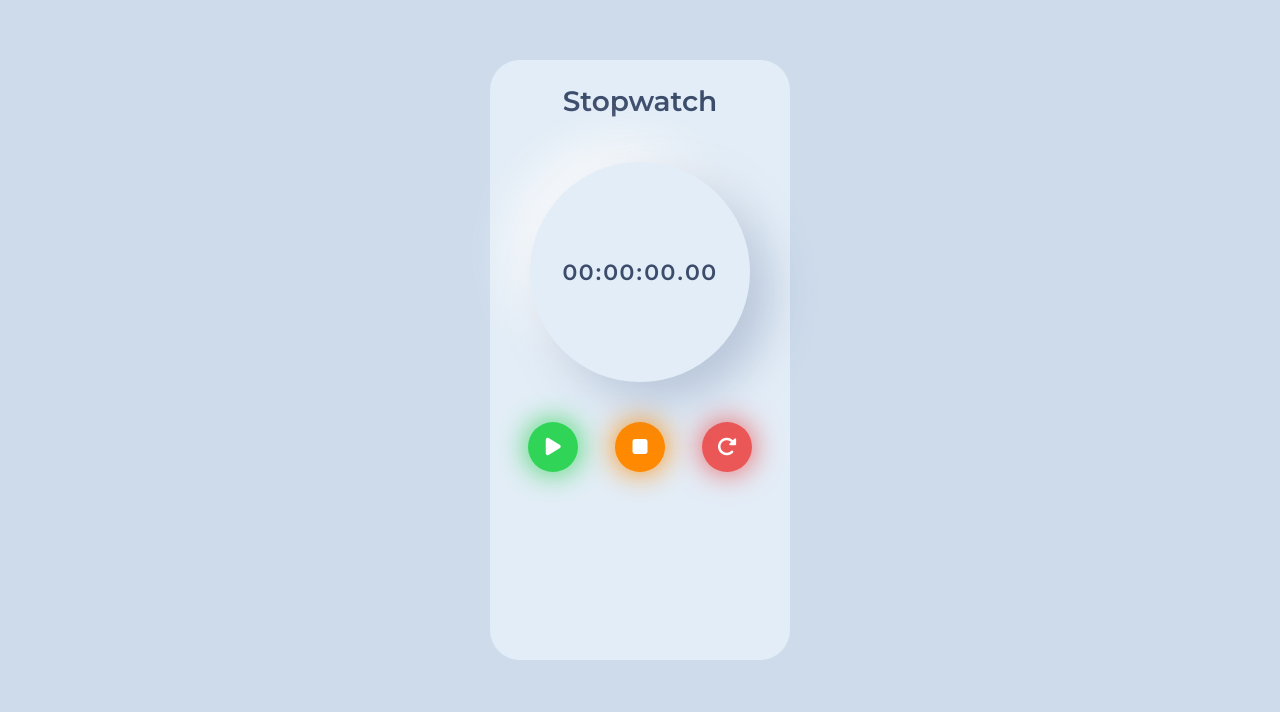
Repository: dinhtri123/stopwatch
Page: index.html
An editor plug-in stored every save of this project. The page is shown before and after the next save, followed by the edit.
The browser window is 1280 px wide. The pictures show the whole page.
After loading, the first visible `button.btn-reset` was clicked once.

Above is the page before, as saved 2023-01-05 15:25:12.
Console error: ReferenceError: getTimerStorage is not defined

### index.html
<!DOCTYPE html>
<html lang="en">
  <head>
    <meta charset="UTF-8" />
    <meta http-equiv="X-UA-Compatible" content="IE=edge" />
    <meta name="viewport" content="width=device-width, initial-scale=1.0" />
    <link
      rel="stylesheet"
      href="https://cdnjs.cloudflare.com/ajax/libs/font-awesome/6.2.1/css/all.min.css"
    />
    <title>Stop Watch</title>
    <link rel="stylesheet" href="style.css" />
  </head>
  <body>
    <div class="wrapper">
      <h3>Stopwatch</h3>
      <div class="timer">
        <div class="effects"></div>
        <p class="hours">00</p>
        <span>:</span>
        <p class="minutes">00</p>
        <span>:</span>
        <p class="seconds">00</p>
        <span>.</span>
        <p class="milis">00</p>
      </div>
      <div class="btn">
        <button class="btn-start">
          <i class="fa-solid fa-play start"></i>
        </button>
        <button class="btn-stop" disabled>
          <i class="fa-solid fa-stop stop"></i>
        </button>
        <button class="btn-reset">
          <i class="fa-solid fa-rotate-right reset"></i>
        </button>
      </div>
      <div class="history">
        <!-- <div class="lap">
          <div class="number-lap">
            <p>1</p>
            <span>Lap</span>
          </div>
          <div class="timer-lap">
            <p>01</p>
            <span>:</span>
            <p>00</p>
            <span>:</span>
            <p>00</p>
          </div>
        </div> -->
      </div>
    </div>
  </body>
  <script src="index.js"></script>
</html>

### style.css
@import url("https://fonts.googleapis.com/css2?family=Montserrat:wght@400;500;600;700&display=swap");
* {
  margin: 0;
  padding: 0;
  box-sizing: border-box;
  font-family: "Montserrat", sans-serif;
}
body {
  width: 100%;
  min-height: 100vh;
  height: 100%;
  font-size: 16px;
  line-height: 1.5;
  font-weight: 400;
  background-color: #cddbeb;
  display: flex;
  justify-content: center;
  align-items: center;
}
.wrapper {
  width: 300px;
  height: 600px;
  border-radius: 30px;
  background: #e3edf7;
  padding: 20px;
  display: flex;
  flex-direction: column;
  justify-content: flex-start;
  align-items: center;
  gap: 40px;
}
h3 {
  font-size: 28px;
  color: #3c4c6b;
  text-align: center;
  font-weight: 600;
}
.timer {
  background-color: #e3edf7;
  width: 220px;
  height: 220px;
  border-radius: 50%;
  display: flex;
  justify-content: center;
  align-items: center;
  gap: 3px;
  box-shadow: 20px 20px 45px #6a80a85d, -20px -20px 45px #fbfbfbd9;
  font-size: 22px;
  font-weight: 600;
  color: #3c4c6b;
  letter-spacing: 1.5px;
  position: relative;
}
.timer > p {
  width: 28px;
  display: flex;
  justify-content: center;
  align-items: center;
}
.effects {
  position: absolute;
  inset: 0;
  width: 220px;
  height: 220px;
  border-radius: 50%;
  border-top: 3px solid #6a80a899;
  border-right: 3px solid transparent;
  animation: during 1s linear infinite;
  display: none;
}
.effects:before {
  content: "";
  position: absolute;
  top: 29px;
  right: 22px;
  width: 10px;
  height: 10px;
  border-radius: 50%;
  background-color: #3c4c6bb7;
  box-shadow: 0px 0px 10px #3c4c6b;
}
@keyframes during {
  to {
    transform: rotate(360deg);
  }
}

.btn {
  width: 100%;
  display: flex;
  justify-content: space-around;
}
button {
  background-color: #e3edf7;
  border: none;
  outline: none;
  border-radius: 50%;
  width: 50px;
  height: 50px;
  font-weight: 700;
  color: #3c4c6b;
  cursor: pointer;
  font-size: 20px;
  display: flex;
  justify-content: center;
  align-items: center;
  color: white;
}
.btn-start {
  background: #30d457;
  /* box-shadow: 5px 5px 10px #30d4569d, -5px -5px 10px #fbfbfb; */
  box-shadow: 0px 0px 30px #30d456fd;
}
.btn-stop {
  background: #ff8900;
  /* box-shadow: 5px 5px 10px #ff8900, -5px -5px 10px #fbfbfb; */
  box-shadow: 0px 0px 30px #ff8900;
  cursor: not-allowed;
}
.btn-reset {
  background-color: #eb5757;
  /* box-shadow: 5px 5px 10px #eb5757, -5px -5px 10px #fbfbfb; */

  box-shadow: 0px 0px 30px #eb5757;
}

.history {
  width: 100%;
  display: flex;
  flex-direction: column;
  gap: 20px;
}
.lap {
  width: 100%;
  height: 50px;
  background-color: #e3edf7;
  border-radius: 10px;
  box-shadow: 5px 5px 10px #6a80a81e, -5px -5px 10px #fbfbfb;
  display: flex;
  justify-content: space-between;
  align-items: center;
  padding: 10px 15px;
}
.number-lap {
  display: flex;
  align-items: center;
  gap: 10px;
}
.number-lap > p {
  font-size: 18px;
  font-weight: 700;
  color: #3c4c6b;
}
.number-lap > span {
  font-weight: 500;
  color: #8c9bb2;
}
.timer-lap {
  display: flex;
  gap: 2px;
  color: #3c4c6b;
  font-weight: 700;
  letter-spacing: 1.5;
}

.btn-disabled {
  cursor: not-allowed;
}
.btn-enabled {
  cursor: pointer;
}

### index.js
const btnStart = document.querySelector(".btn-start");
const btnStop = document.querySelector(".btn-stop");
const btnReset = document.querySelector(".btn-reset");

const miliseconds = document.querySelector(".milis");
const seconds = document.querySelector(".seconds");
const minutes = document.querySelector(".minutes");
const hours = document.querySelector(".hours");

const iconStart = document.querySelector(".start");
const iconStop = document.querySelector(".stop");
const iconReset = document.querySelector(".reset");

const effects = document.querySelector(".effects");

let interval;
let milis = 0;
let sec = 0;
let min = 0;
let hrs = 0;

btnStart.addEventListener("click", function () {
  effects.style.display = "block";
  effects.style.animationPlayState = "running";

  interval = setInterval(() => {
    milis++;
    let timerMilis = milis < 10 ? "0" + milis : milis;
    miliseconds.textContent = timerMilis > 99 ? (milis = "0" + 0) : timerMilis;
    if (timerMilis === 100) {
      sec++;
      let timer = sec < 10 ? "0" + sec : sec;
      seconds.textContent = timer > 59 ? (sec = "0" + 0) : timer;
      if (timer === 60) {
        min++;
        let timerMin = min < 10 ? "0" + min : min;
        if (min === 60) {
          hrs++;
          hours.textContent = hrs < 10 ? "0" + hrs : hrs;
        }
        minutes.textContent = timerMin > 59 ? (min = "0" + 0) : timerMin;
      }
    }
  }, 10);

  if (iconStart.className.includes("fa-play")) {
    iconStart.className = iconStart.className.replace("fa-play", "fa-pause");
    this.disabled = true;
    this.classList.add("btn-disabled");
    btnStop.classList.add("btn-enabled");
    btnStop.disabled = false;
  } else {
    iconStart.className = iconStart.className.replace("fa-pause", "fa-play");
  }
});

btnStop.addEventListener("click", function () {
  effects.style.animationPlayState = "paused";
  btnStart.disabled = false;
  btnStart.classList.remove("btn-disabled");
  this.disabled = true;
  this.classList.remove("btn-enabled");
  iconStart.className = iconStart.className.replace("fa-pause", "fa-play");
  clearInterval(interval);
});

let storageTimer = [];
btnReset.addEventListener("click", function () {
  let storeValues = { hrs, min, sec, milis };
  storageTimer.push(storeValues);

  localStorage.setItem("timer", JSON.stringify(storageTimer));
  console.log(storageTimer);
  effects.style.display = "none";
  miliseconds.textContent = "00";
  seconds.textContent = "00";
  minutes.textContent = "00";
  hours.textContent = "00";
  btnStart.disabled = false;
  btnStart.classList.remove("btn-disabled");
  btnStop.disabled = true;
  btnStop.classList.remove("btn-enabled");
  iconStart.className = iconStart.className.replace("fa-pause", "fa-play");
  clearInterval(interval);
  milis = 0;
  sec = 0;
  min = 0;
  hrs = 0;

  const history = document.querySelector(".history");
  const getTimerStorage = JSON.parse(localStorage.getItem("timer"));
  for (let i = 0; i < getTimerStorage.length; i++) {

  }
});

getTimerStorage[i]

After the next save:
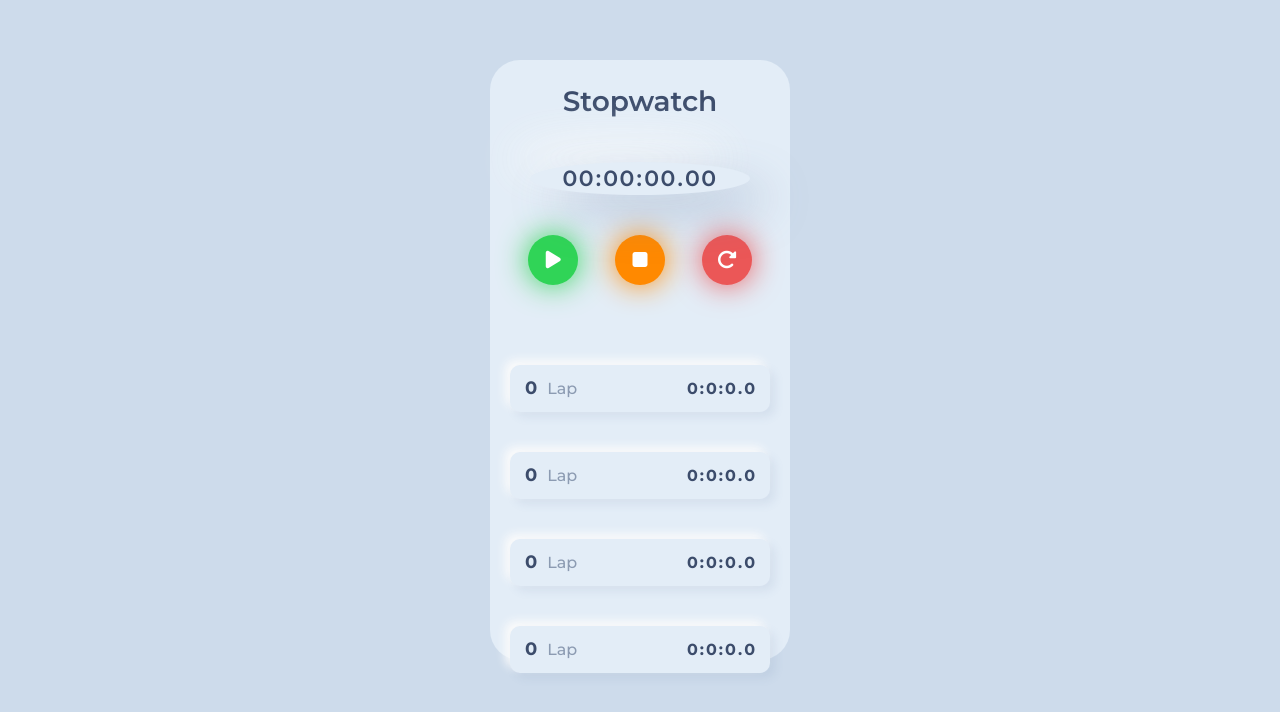
The error is gone.
Saved 9 s later.
--- a/index.js
+++ b/index.js
@@ -90,8 +90,23 @@ btnReset.addEventListener("click", function () {
   const history = document.querySelector(".history");
   const getTimerStorage = JSON.parse(localStorage.getItem("timer"));
   for (let i = 0; i < getTimerStorage.length; i++) {
-
+    for(let time in getTimerStorage[i]){
+      const template = `<div class="lap">
+      <div class="number-lap">
+        <p>${i}</p>
+        <span>Lap</span>
+      </div>
+      <div class="timer-lap">
+        <p>${getTimerStorage[i][time]}</p>
+        <span>:</span>
+        <p>${getTimerStorage[i][time]}</p>
+        <span>:</span>
+        <p>${getTimerStorage[i][time]}</p>
+        <span>.</span>
+        <p>${getTimerStorage[i][time]}</p>
+      </div>
+    </div>`;
+      history.insertAdjacentHTML("afterend", template);
+    }
   }
 });
-
-getTimerStorage[i]
